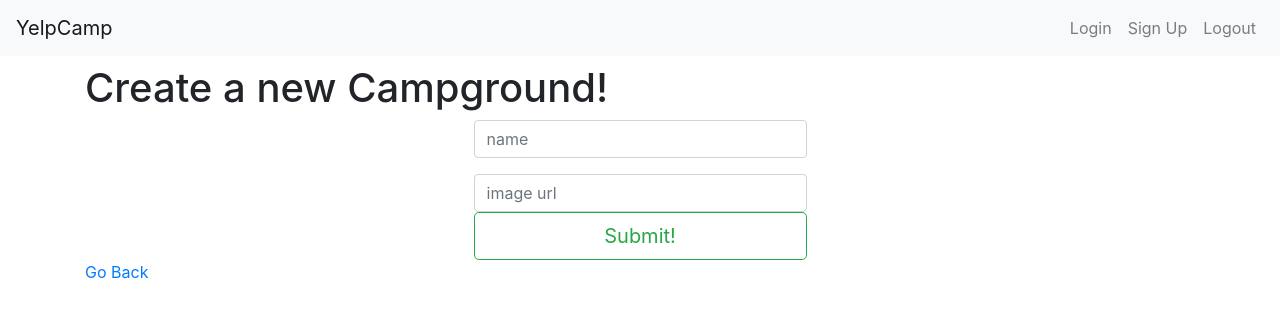
Repository: bosicheng/yelpcamp-project
Page: http://localhost/campgrounds/new
The author's editor kept a record of every edit. The page is drawn from the files as they stood at one moment, then again after the next edit.
The browser window is 1280 px wide. The pictures show the whole page.
Some web libraries are served in a nearby version. The page is served by the project's Node server (YelpCamp/v1/app.js).

Above is the page before.
Console error (its wording comes from the project's code and is left out).

After the next edit:
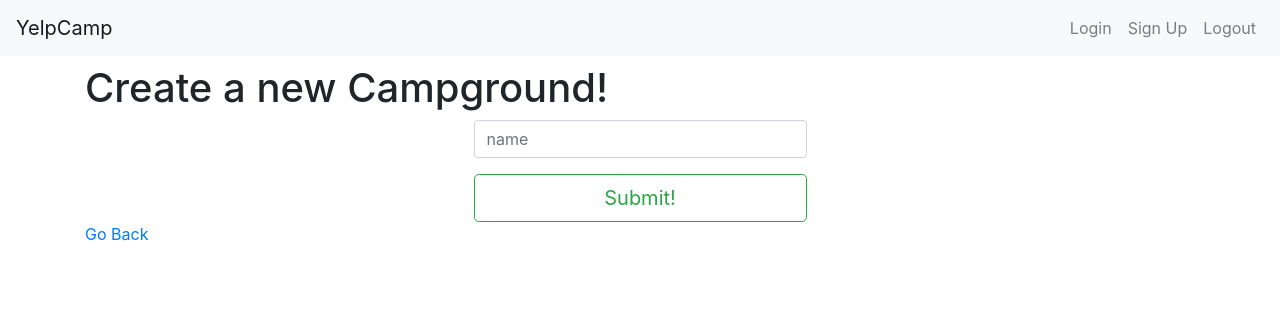
The edit:
--- a/YelpCamp/v1/views/new.ejs
+++ b/YelpCamp/v1/views/new.ejs
@@ -14,7 +14,7 @@
         </div>
         <form action='/campgrounds' method='POST'>
         <!--这里的name会变成req.body下的属性-->
-        <input class='form-control' tytpe='text' name='image' placeholder='image url'>
+
         <button class="btn btn-lg btn-outline-success btn-block">Submit!</button>
     </form>
     </div>
